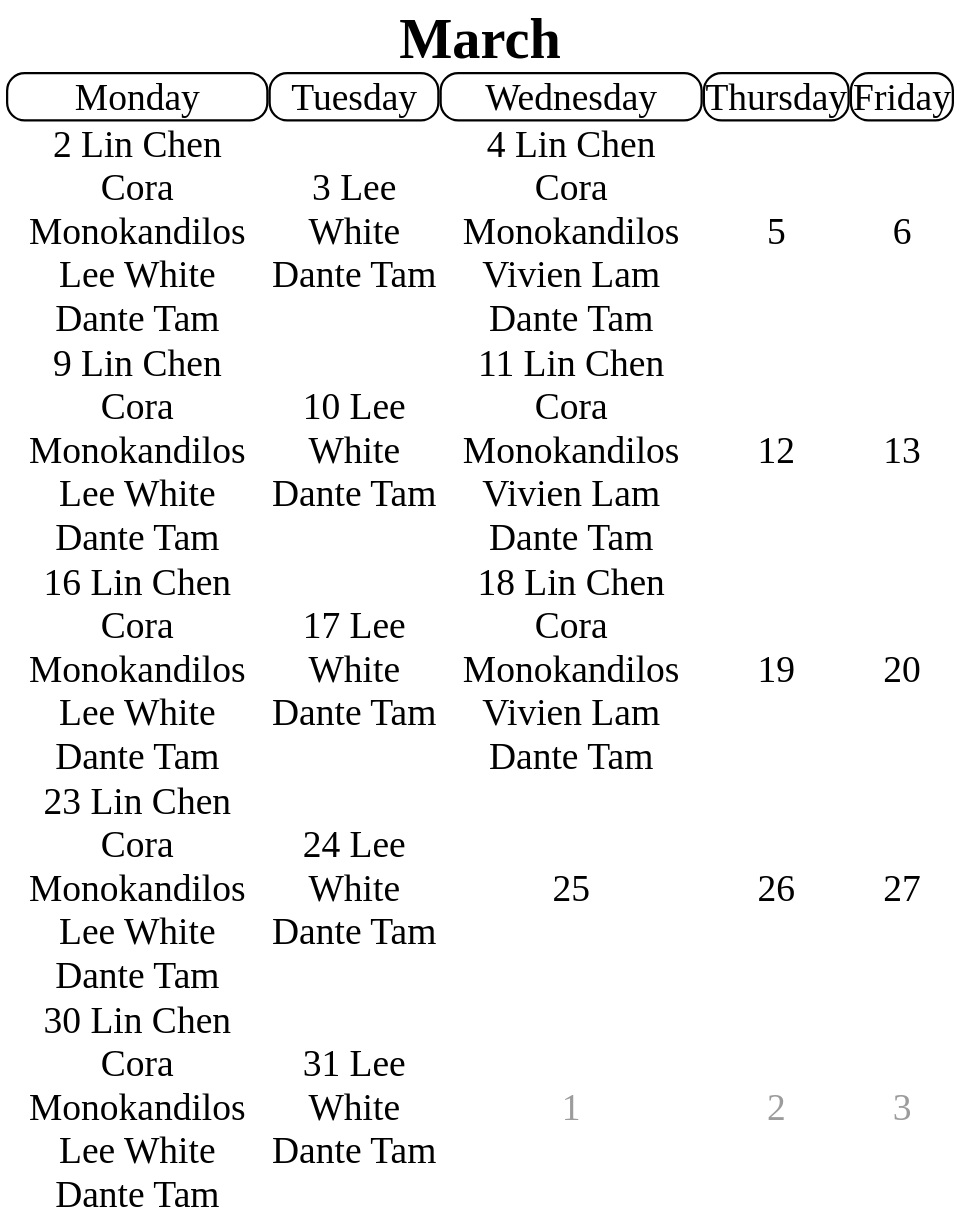
Repository: shleewhite/missionBitCalendar
Page: views/mar.html
The author's editor kept a record of every edit. The page is drawn from the files as they stood at one moment, then again after the next edit.
The browser window is 1280 px wide. The pictures show the whole page, at 75% of full size.

Above is the page before.

### views/mar.html
<article id="mar">
<html>
    <link rel="stylesheet" type="text/css" href="main.css">
    <head></head>
    <body>
        <table id="monthTable">
                <th class="monthHeader" colspan="5">March</th>
            <tr>
                <td class="weekday">Monday</td>
                <td class="weekday">Tuesday</td>
                <td class="weekday">Wednesday</td>
                <td class="weekday">Thursday</td>
                <td class="weekday">Friday</td>
            </tr>
            <tr>
                <td>2 Lin Chen<br>Cora Monokandilos<br>Lee White<br>Dante Tam</td>
                <td>3 Lee White<br>Dante Tam</td>
                <td>4 Lin Chen<br>Cora Monokandilos<br>Vivien Lam<br>Dante Tam</td>
                <td>5</td>
                <td>6</td>
            </tr>
            <tr>
                <td>9 Lin Chen<br>Cora Monokandilos<br>Lee White<br>Dante Tam</td>
                <td>10 Lee White<br>Dante Tam</td>
                <td>11 Lin Chen<br>Cora Monokandilos<br>Vivien Lam<br>Dante Tam</td>
                <td>12</td>
                <td>13</td>
            </tr>
            <tr>
                <td>16 Lin Chen<br>Cora Monokandilos<br>Lee White<br>Dante Tam</td>
                <td>17 Lee White<br>Dante Tam</td>
                <td>18 Lin Chen<br>Cora Monokandilos<br>Vivien Lam<br>Dante Tam</td>
                <td>19</td>
                <td>20</td>
            </tr>
            <tr>
                <td>23 Lin Chen<br>Cora Monokandilos<br>Lee White<br>Dante Tam</td>
                <td>24 Lee White<br>Dante Tam</td>
                <td>25</td>
                <td>26</td>
                <td>27</td>
            </tr>
            <tr>
                <td>30 Lin Chen<br>Cora Monokandilos<br>Lee White<br>Dante Tam</td>
                <td>31 Lee White<br>Dante Tam</td>
                <td class="nextMonth">1</td>
                <td class="nextMonth">2</td>
                <td class="nextMonth">3</td>
            </tr>
        </table>
    </body>
</html>

### views/main.css
table {
    text-align: center;
    font-size: 50px;
    width: 100%;
    height: 700px;
    border-spacing: 50px 20px;

}
table th {
    text-align: center;
}
#year{
    /*font-family: 'Lobster', cursive;*/
    font-size: 100px;
}
.month{
    border-collapse: separate;
    border-color: #000000;
    border-radius: 25px;
    border-style: double;

    border-top-width: 15px;
    border-bottom-width: 15px;
    border-left-width: 15px;
    border-right-width: 15px;
    cursor: pointer;
}
.monthHeader {
    font-size: 75px;
    border-style: none;
}
.weekday {
    font-size: 50px;
    border-style: solid;
    border-radius: 25px;
}
#monthTable {
    border-spacing: 0px;
    border-color: #000000;
    border-radius: 25px;
    cursor: pointer;
    padding: 0px;
}
.days {
    font-size: 20px;
    text-align: left;
    border-style: double;
}
.noOne {
    text-align: center;
}
.nextMonth {
    color: #9C9C9C;
}

After the next edit:
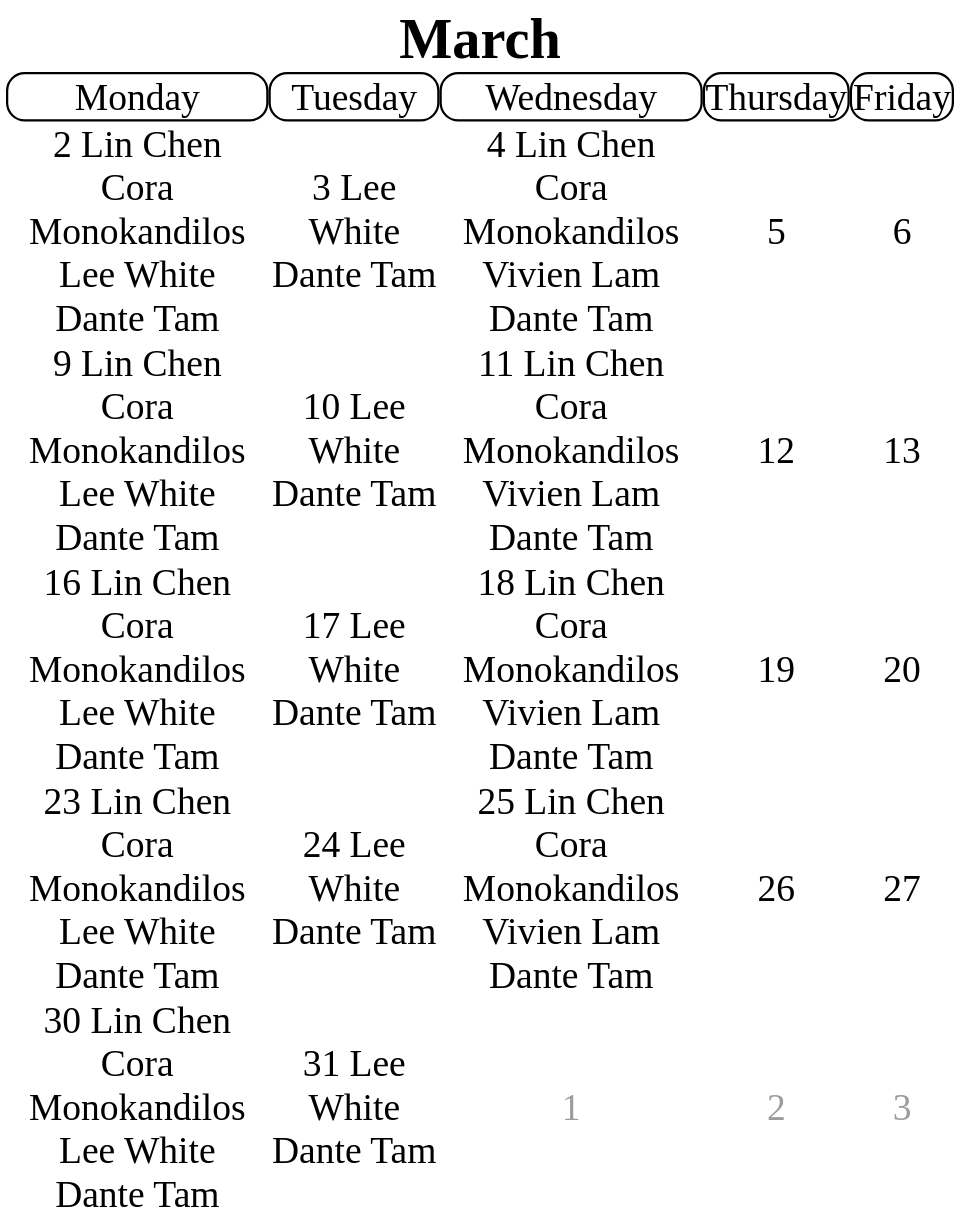
The edit:
--- a/views/mar.html
+++ b/views/mar.html
@@ -36,7 +36,7 @@
             <tr>
                 <td>23 Lin Chen<br>Cora Monokandilos<br>Lee White<br>Dante Tam</td>
                 <td>24 Lee White<br>Dante Tam</td>
-                <td>25</td>
+                <td>25 Lin Chen<br>Cora Monokandilos<br>Vivien Lam<br>Dante Tam</td>
                 <td>26</td>
                 <td>27</td>
             </tr>
